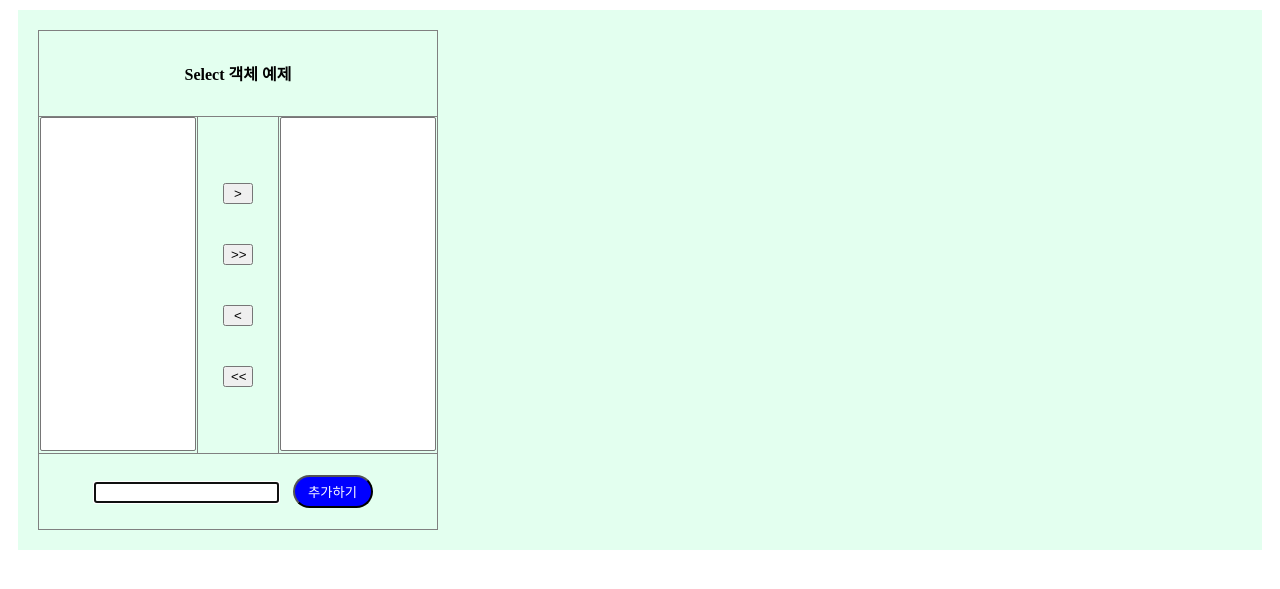
Repository: ypyp0205/jquery
Page: jqpro/WebContent/0204/form연습2.html
An editor plug-in stored every save of this project. The page is shown before and after the next save, followed by the edit.
The browser window is 1280 px wide. The pictures show the whole page.

Above is the page before, as saved 2020-02-04 07:10:26.

After the next save:
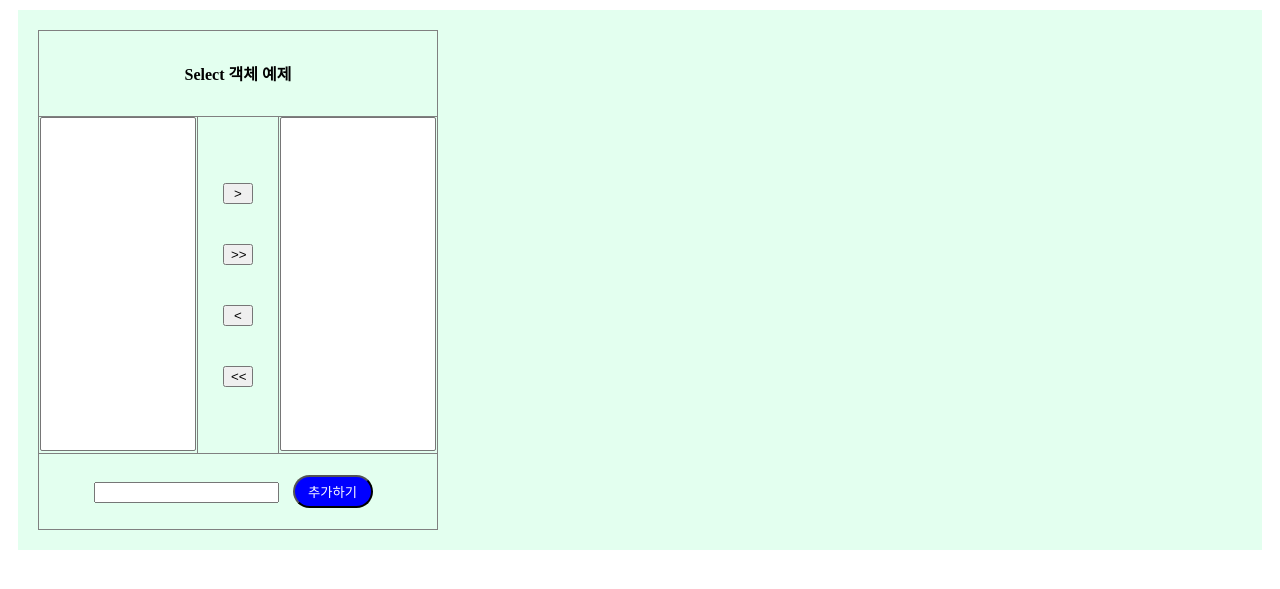
Console error: SyntaxError: Unexpected end of input
Saved 3 min 8 s later.
--- a/jqpro/WebContent/0204/form연습2.html
+++ b/jqpro/WebContent/0204/form연습2.html
@@ -124,6 +124,16 @@
 				f.right.removeChild(f.right.options[0]);
 			}
 		}
+		function enterkey() {
+	        if (window.event.keyCode == 13) {
+
+	             // 엔터키가 눌렸을 때 실행할 내용
+	             addProc();
+	        }
+	}
+
+
+	출처: https://cofs.tistory.com/12 [CofS]
 	</script>
 	<style>
 		table{
@@ -194,7 +204,7 @@
 				</tr>
 				<tr>
 					<td colspan="3">
-						<input name="data" type="text" onkeydown="javascript: if (event.keyCode == 13) {addProc();}">
+						<input name="data" type="text" onkeyup="enterkey();">
 						<button type="button" onclick="addProc()" id="b">추가하기</button>
 					</td>
 				</tr>

After the 2 saves that followed:
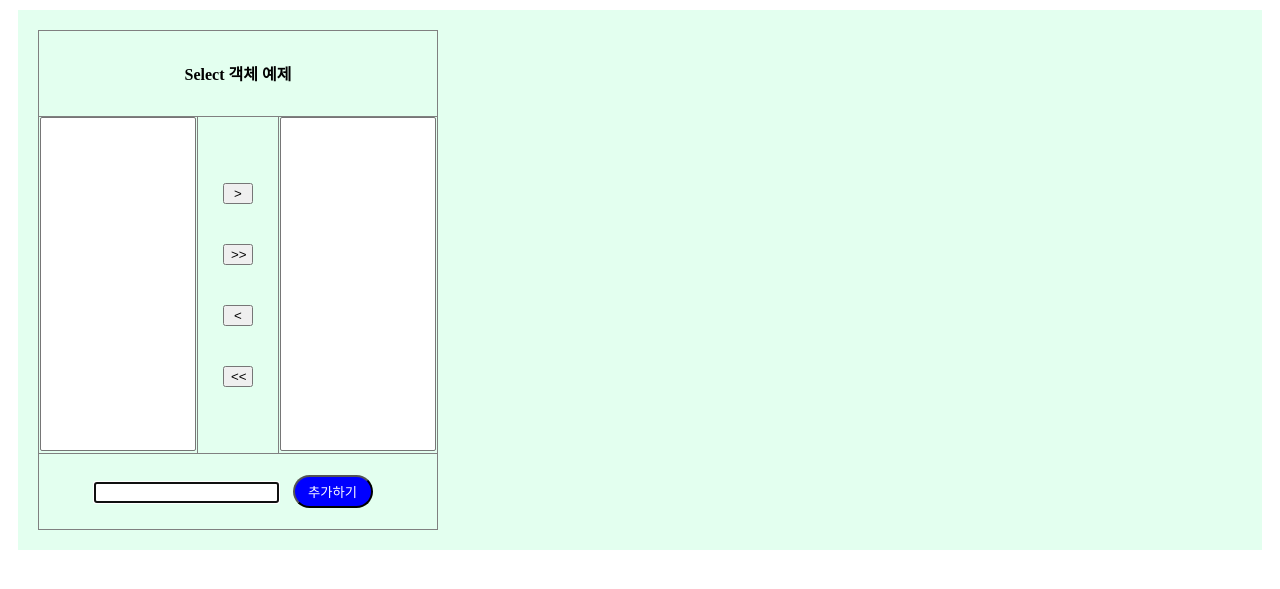
The error is gone.
The 2 saves are shown as one change because 1 left the picture as it was.
The last was saved 81 s later.
--- a/jqpro/WebContent/0204/form연습2.html
+++ b/jqpro/WebContent/0204/form연습2.html
@@ -133,7 +133,7 @@
 	}
 
 
-	출처: https://cofs.tistory.com/12 [CofS]
+
 	</script>
 	<style>
 		table{
@@ -204,7 +204,7 @@
 				</tr>
 				<tr>
 					<td colspan="3">
-						<input name="data" type="text" onkeyup="enterkey();">
+						<input name="data" type="text" onkeyup="enterkey()">
 						<button type="button" onclick="addProc()" id="b">추가하기</button>
 					</td>
 				</tr>
